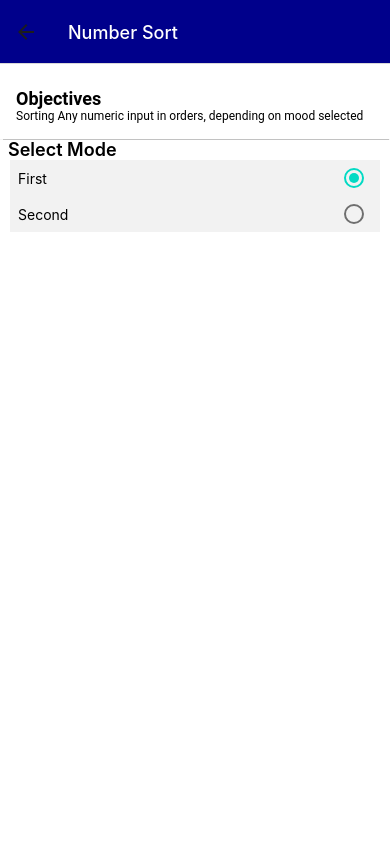
Repository: seyicoded/rn-crazy-algorithm-app
Screen: /Sort_simple_number
An editor plug-in stored every save of this project. The screen is shown before and after the next save, followed by the edit.
The app was drawn by React Native's web renderer in a window 390 px wide. The project was rebuilt for these pictures with package versions that can differ from the ones it lists, and the page was loaded fresh each time. Also part of the build but not shown: src/screens/sort.js, src/screens/filter.js, src/screens/advance.js, src/screens/sorts/Sort_alphabet.js.

Above is the screen before, as saved 2022-03-30 17:47:32.

After the next save:
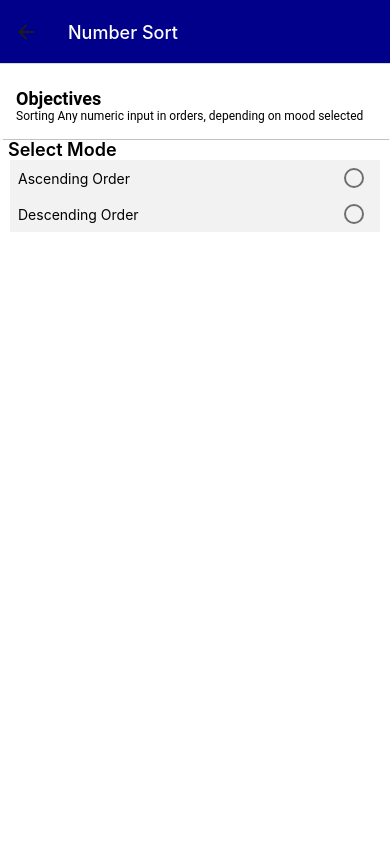
Saved 49 s later.
--- a/src/screens/sorts/Sort_simple_number.js
+++ b/src/screens/sorts/Sort_simple_number.js
@@ -23,14 +23,14 @@ export default function Sort_simple_number() {
         <RadioButton.Group onValueChange={newValue => setValue(newValue)} value={value}>
             <TouchableOpacity onPress={()=>setValue('first')}>
                 <View style={styles.radio}>
-                    <Text>First</Text>
-                    <RadioButton value="first" />
+                    <Text>Ascending Order</Text>
+                    <RadioButton value="ascending" />
                 </View>
             </TouchableOpacity>
             <TouchableOpacity onPress={()=>setValue('second')}>
                 <View style={styles.radio}>
-                    <Text>Second</Text>
-                    <RadioButton value="second" />
+                    <Text>Descending Order</Text>
+                    <RadioButton value="descending" />
                 </View>
             </TouchableOpacity>
         </RadioButton.Group>
